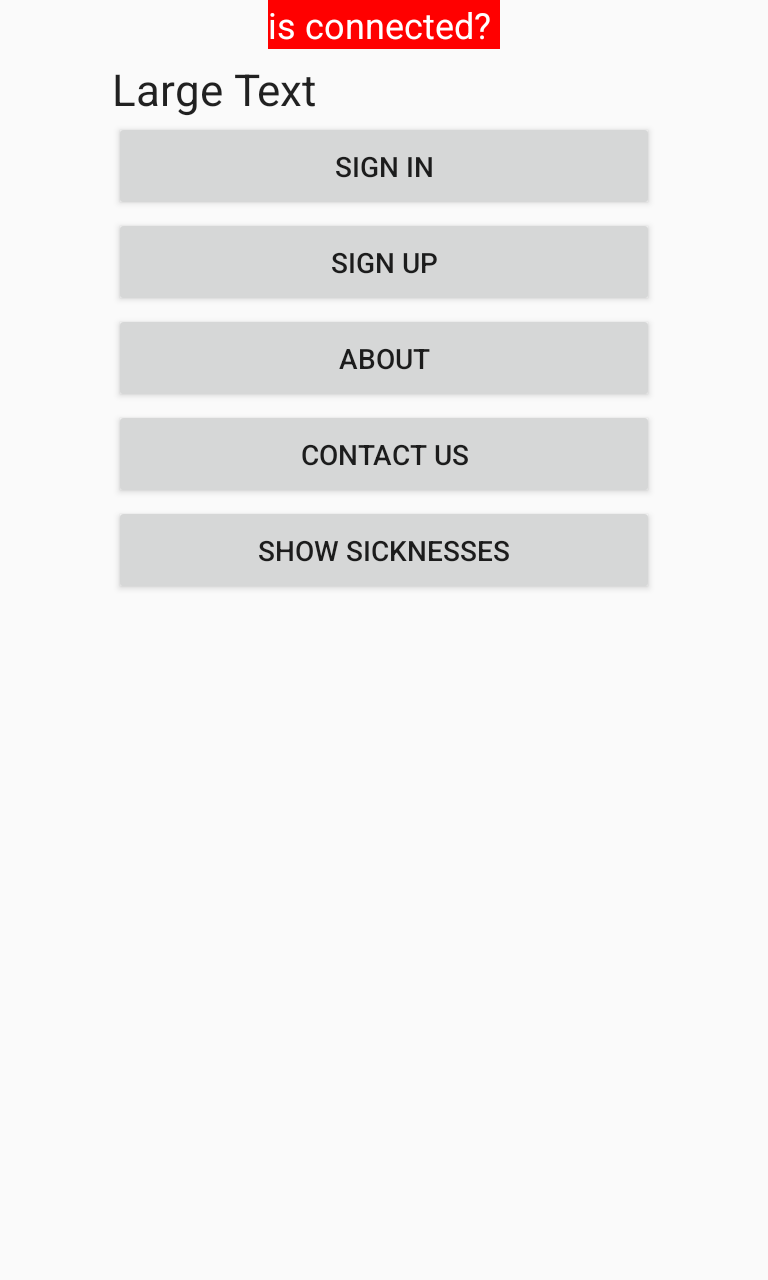
Repository: HAYKEL88/MASTER2_PFE
Layout: PFE_ANDROID/res/layout/activity_welcome_user.xml
The author's editor kept a copy of each file at every save. The layout is drawn from the files as they stood at one save, then again after the next save.
It is drawn on a 768 x 1280 px phone screen (xhdpi) without system bars, with theme AppTheme; the app's code is not run.

Above is the layout before, as saved 2014-12-20 14:21:10.

After the next save:
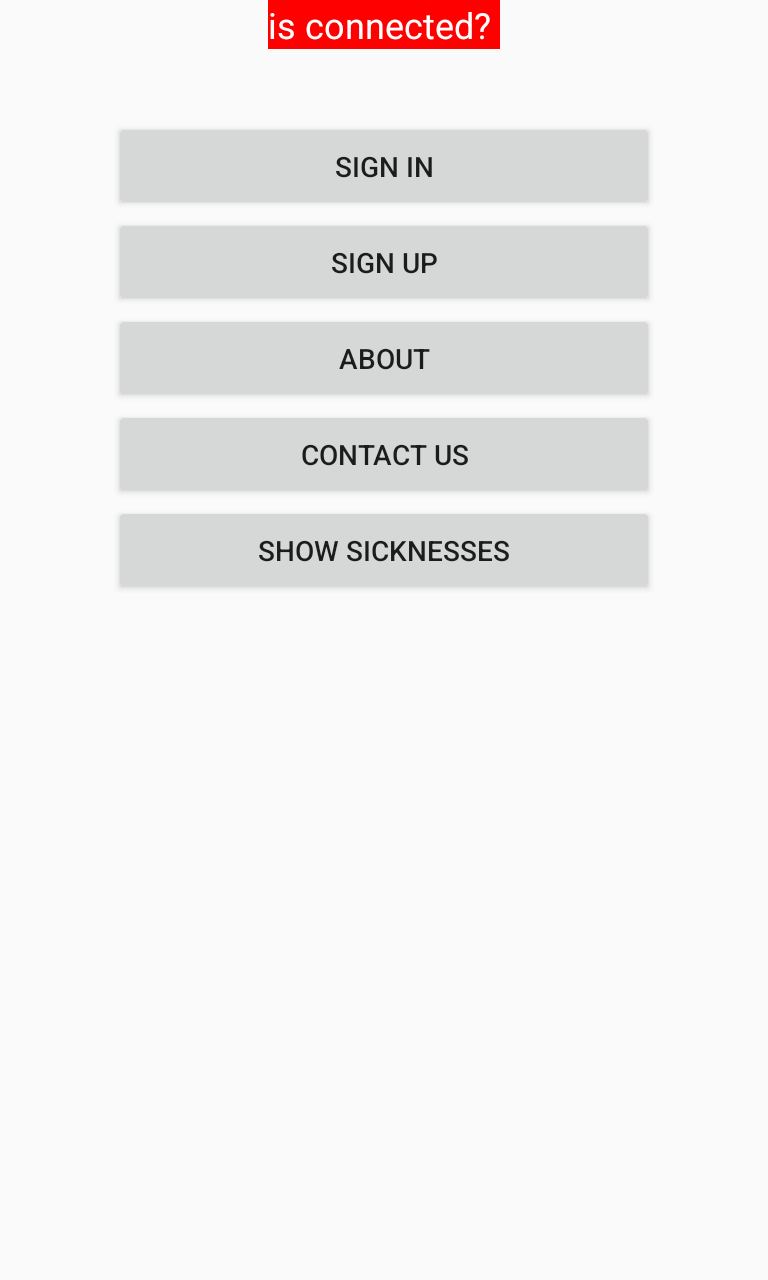
Saved 6 s later.
--- a/PFE_ANDROID/res/layout/activity_welcome_user.xml
+++ b/PFE_ANDROID/res/layout/activity_welcome_user.xml
@@ -20,7 +20,7 @@
         android:layout_width="272dp"
         android:layout_height="wrap_content"
         android:layout_gravity="center_horizontal"
-        android:text="Large Text"
+        android:text=""
         android:textAppearance="?android:attr/textAppearanceLarge" />
 
     <Button
